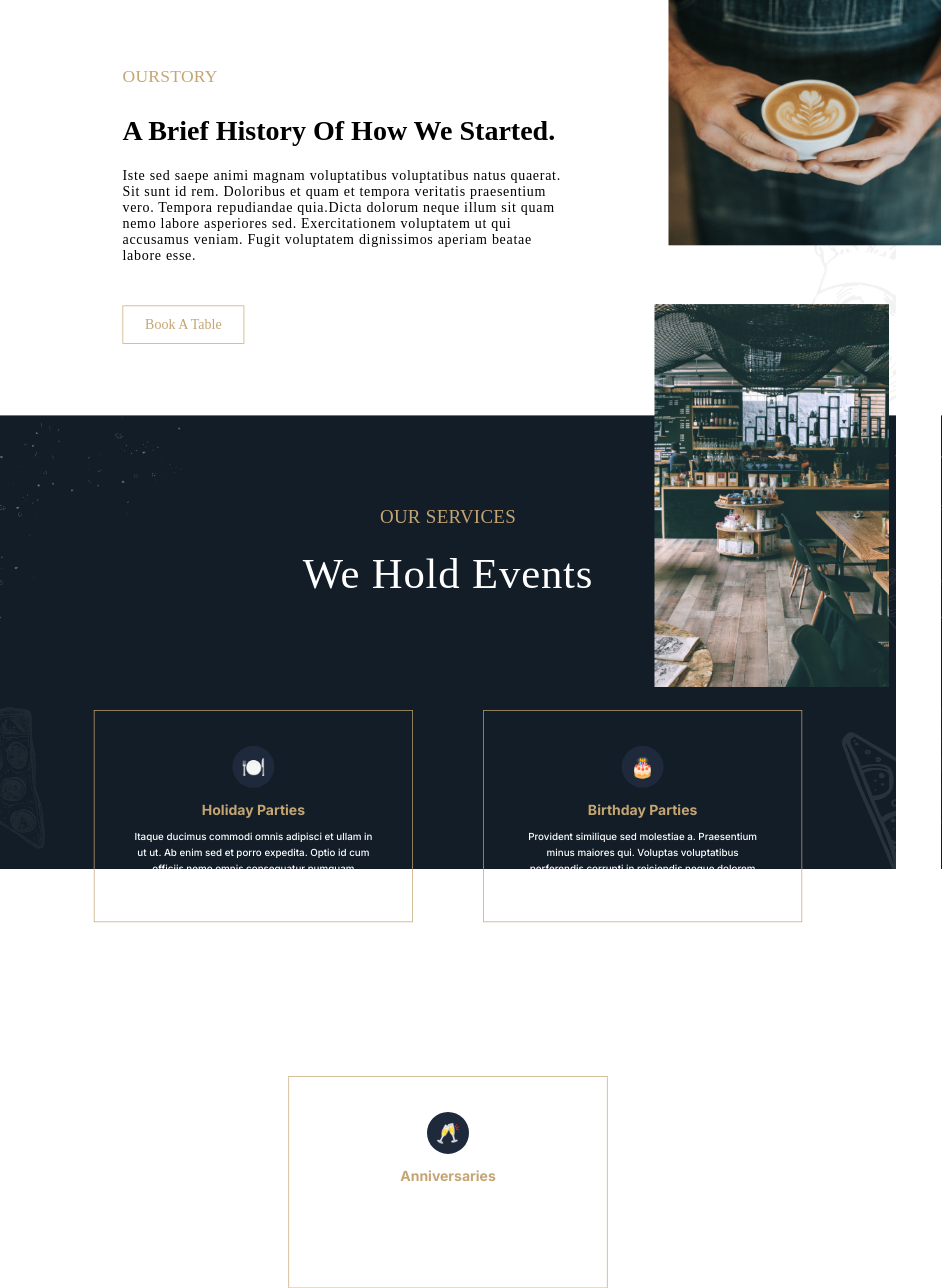
Repository: abhayzulasana/Online-Coffee-Shop
Page: index.html
An editor plug-in stored every save of this project. The page is shown before and after a run of saves, followed by the edit.
The browser window is 1280 px wide. The page is 1345 px wide, so the pictures cover 1345 px, including what lies to the right of the window. The pictures show the part of the page from y = 829 to 2669 px (the page is 2669 px tall before and 2629 px after), at 70% of full size.

Above is the page before, as saved 2025-05-21 17:39:09.

After the next 2 saves:
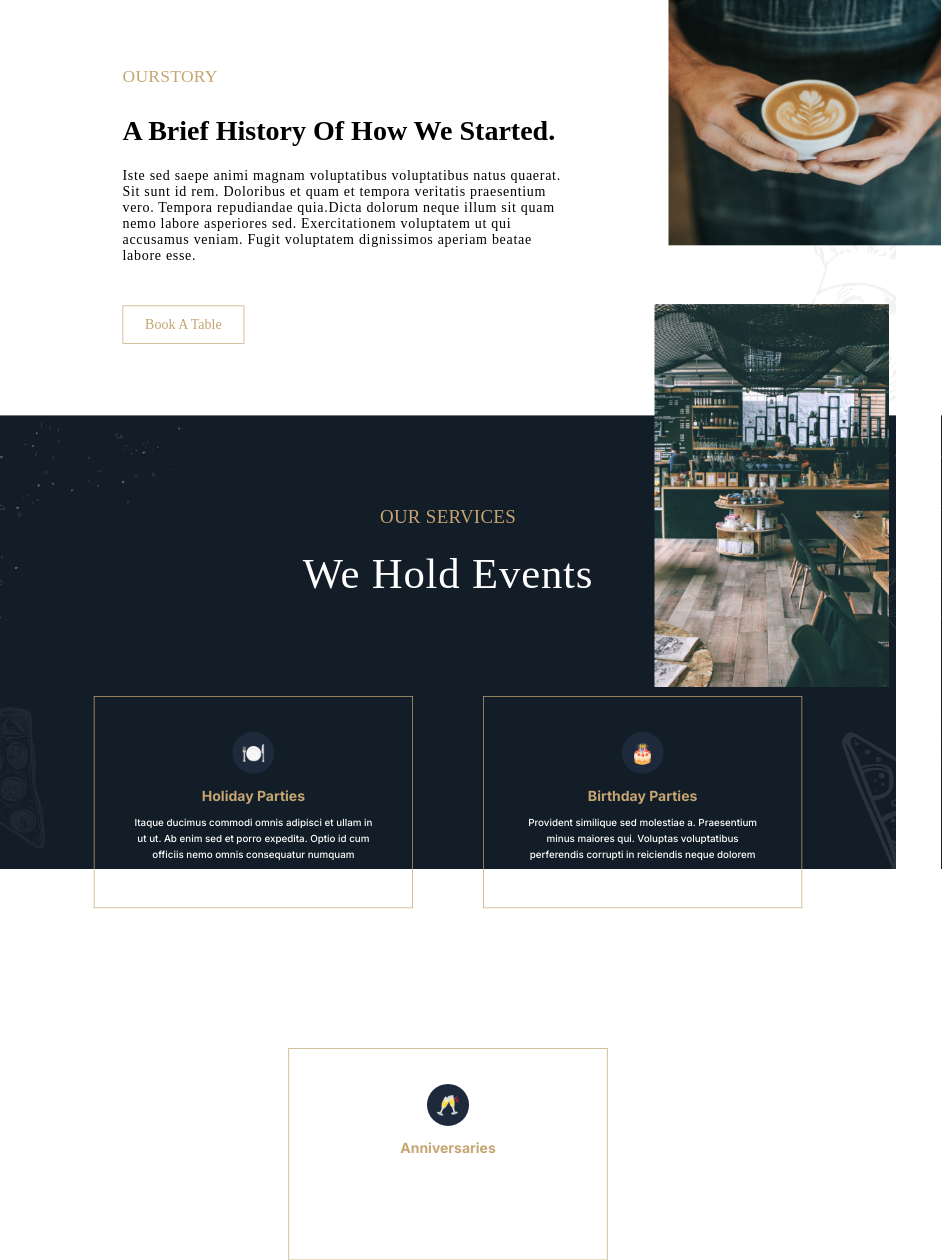
The 2 saves are shown as one change because they came seconds apart.
The last was saved 19 s later.
--- a/style.css
+++ b/style.css
@@ -315,7 +315,7 @@ h1{
   width: 456px;
   height: 303px;
   border: 0.20000000298023224px solid #C5A572;
-  margin-top: 120px;
+  margin-top: 100px;
 }
 
 .card h3 {
